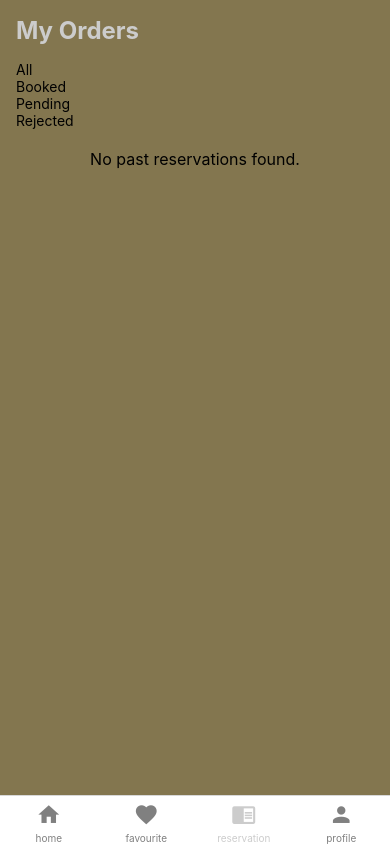
Repository: TemoshoS/restaurant-app
Screen: /reservation
An editor plug-in stored every save of this project. The screen is shown before and after the next save, followed by the edit.
The page's requests for data from a server got no answer. The app was drawn by React Native's web renderer in a window 390 px wide. The project was rebuilt for these pictures with package versions that can differ from the ones it lists, and the page was loaded fresh each time. No one was signed in, and anything a server would have sent is missing. Also part of the build but not shown: Screens/LoginScreen.js, Screens/RegisterScreen.js, components/navbar.js, components/search.js, Screens/RestaurantScreen.js, Screens/RestaurantDetailsScreen.js, Screens/MenuScreen.js, Screens/ReservationScreen.js and 5 more.

Above is the screen before, as saved 2024-01-04 12:00:24.

### App.js
// Import necessary components and modules
import React, { useEffect, useState } from 'react';
import { StyleSheet } from 'react-native';
import { NavigationContainer } from '@react-navigation/native';
import { createStackNavigator } from '@react-navigation/stack';
import { createBottomTabNavigator } from '@react-navigation/bottom-tabs';
import LoginScreen from './Screens/LoginScreen';
import HomeScreen from './Screens/HomeScreen';
import RegisterScreen from './Screens/RegisterScreen';
import RestaurantScreen from './Screens/RestaurantScreen';
import RestaurantDetailsScreen from './Screens/RestaurantDetailsScreen';
import MenuScreen from './Screens/MenuScreen';
import ReservationScreen from './Screens/ReservationScreen';
import PastReserevationScreen from './Screens/PastReserevationScreen';
import ProfileScreen from './Screens/ProfileScreen';
import store from './store/store';
import { Provider } from 'react-redux';
import MaterialCommunityIcons from 'react-native-vector-icons/MaterialCommunityIcons';
import FavoriteRestaurantScreen from './Screens/FavoriteRestaurantScreen';
import ForgotPasswordScreen from './Screens/ForgotPasswordScreen'
import Dashboard from './Screens/Dashboard';
import EditProfileScreen from './Screens/editProfileScreen';
import { auth } from './config/firebase';

const Stack = createStackNavigator();
const Tab = createBottomTabNavigator();

export default function App() {
  const [isAdmin, setIsAdmin] = useState(false);

  useEffect(() => {
    const checkAdminStatus = async () => {
      const user = auth.currentUser;
      const isAdminUser = user ? user.email === 'temosho@admin.co' : false;
      setIsAdmin(isAdminUser);
      console.log('isAdmin:', isAdminUser);
    };

    checkAdminStatus();
  }, []);

  function MainStack() {
    return (
      <Stack.Navigator initialRouteName='Welcome'>
        <Stack.Screen name="Restaurants" component={RestaurantScreen} options={{ headerShown: false }} />
        <Stack.Screen name='Welcome' component={HomeScreen} options={{ headerShown: false }} />
        <Stack.Screen name='editProfile' component={EditProfileScreen} options={{ headerShown: true }} />
        <Stack.Screen name='Login' component={LoginScreen} options={{ headerShown: false }} />
        <Stack.Screen name='Register' component={RegisterScreen} options={{ headerShown: false }} />
        <Stack.Screen name='Restaurant info' component={RestaurantDetailsScreen} options={{
          headerShown: true,
          headerStyle: {
            backgroundColor: '#fff',
          },
          headerTitle: 'Back',
          headerTitleStyle: {
            color: '#ccc',
            fontWeight: 'bold',
            fontSize: 18,
          },
          headerTintColor: '#F3EEEA',
          headerBackTitleVisible: false,
          headerBackImage: () => (
            <MaterialCommunityIcons name="arrow-left" size={24} color="#ccc" />
          ),
        }}  />
        <Stack.Screen name='Menu' component={MenuScreen} options={{
          headerShown: false,
          headerStyle: {
            backgroundColor: '#fff',
          },
          headerTitle: 'Back',
          headerTitleStyle: {
            color: '#ccc',
            fontWeight: 'bold',
            fontSize: 18,
          },
          headerTintColor: '#ccc',
          headerBackTitleVisible: false,
          headerBackImage: () => (
            <MaterialCommunityIcons name="arrow-left" size={24} color="#F3EEEA" />
          ),
        }} />
        {!isAdmin && (
          <Stack.Screen name='ReservationScreen' component={ReservationScreen} options={{
            headerShown: false,
            headerStyle: {
              backgroundColor: '#fff',
            },
            headerTitle: 'Back',
            headerTitleStyle: {
              color: '#ccc',
              fontWeight: 'bold',
              fontSize: 18,
            },
            headerTintColor: '#ccc',
            headerBackTitleVisible: false,
            headerBackImage: () => (
              <MaterialCommunityIcons name="arrow-left" size={24} color="ccc" />
            ),
          }}/>
        )}
        <Stack.Screen name='profile' component={ProfileScreen} options={{ headerShown: false }} />
        <Stack.Screen name='dashboard' component={Dashboard} options={{ headerShown: false }} />
        <Stack.Screen name='login' component={ForgotPasswordScreen} options={{ headerShown: true}} />
      </Stack.Navigator>
    );
  }

  function TabNavigator() {


    return (
      <Tab.Navigator
        tabBarOptions={{
          activeTintColor: '#ccc',
          inactiveTintColor: 'gray',
        }}
      >
        <Tab.Screen
          name="home"
          component={MainStack}
          options={{
            headerShown: false,
            tabBarIcon: ({ color, size }) => (
              <MaterialCommunityIcons name="home" color={color} size={size} />
            ),
          }}
        />
        {!isAdmin && (
          <Tab.Screen
            name="favourite"
            component={FavoriteRestaurantScreen}
            options={{
              headerShown: false,
              tabBarIcon: ({ color, size }) => (
                <MaterialCommunityIcons name="heart" color={color} size={size} />
              ),
            }}
          />
        )}
        {!isAdmin && (
          <Tab.Screen
            name="reservation"
            component={PastReserevationScreen}
            options={{
              headerShown: false,
              tabBarIcon: ({ color, size }) => (
                <MaterialCommunityIcons name="book-open" color={color} size={size} />
              ),
            }}
          />
        )}
        <Tab.Screen
          name="profile"
          component={ProfileScreen}
          options={{
            headerShown: false,
            tabBarIcon: ({ color, size }) => (
              <MaterialCommunityIcons name="account" color={color} size={size} />
            ),
          }}
        />
      </Tab.Navigator>
    );
  }

  return (
    <Provider store={store}>
      <NavigationContainer>
        <TabNavigator />
      </NavigationContainer>
    </Provider>
  );
}

const styles = StyleSheet.create({
  container: {
    flex: 1,
    backgroundColor: 'black',
    alignItems: 'center',
    justifyContent: 'center',
  },
});

### Screens/HomeScreen.js
import { StyleSheet, Text, View, Image, TouchableOpacity } from 'react-native'
import { useState, useEffect } from 'react';
import { FontAwesome } from '@expo/vector-icons';
import { getAuth, onAuthStateChanged } from 'firebase/auth';
import { useNavigation } from '@react-navigation/native';


const HomeScreen = () => {
    const [user, setUser] = useState(null);
    const navigation = useNavigation();

    useEffect(() => {
        const auth = getAuth();


        const unsubscribe = onAuthStateChanged(auth, (authUser) => {
          if (authUser) {
            setUser(authUser);
          } else {
            setUser(null);
          }
        });

        return () => unsubscribe();
      }, []);




  return (
      <View style={styles.container}>

          <View >
              <FontAwesome style={styles.circle} name="circle" size={140} color="#D9D9D9" />
          </View>

          <Image
              source={require('../assets/cartoon-1299636_1920.png')}
              style={{ width: 200, height: 265.56 }}
          />


          <Text style={styles.welcomeTxt}>Welcome!</Text>
          <Text style={styles.dineTxt}>Dine with your friends</Text>


          <View>
              <TouchableOpacity
                  style={styles.getButton}
                  onPress={() => {
                      if (user) {
                          navigation.navigate('Restaurants')
                      } else {
                          navigation.navigate('Login')
                      }
                  }}
              >
                  <Text style={styles.getTxt}>Get started</Text>

              </TouchableOpacity>
          </View>

      </View>
  )
}

export default HomeScreen

const styles = StyleSheet.create({
    container:{
        flex:1,

        height: 932,
        justifyContent: 'center',
        alignItems:'center',
        backgroundColor: '#fff',
    },
    circle:{
        marginLeft: 370,
        marginTop: -160,

    },
    welcomeTxt:{
        fontSize: 64,
        fontFamily: 'italiana',
        marginTop: 100,
        color: 'gray',

    },
    dineTxt:{
        fontSize: 20,
        fontFamily: 'Nothing You Could Do',
        marginBottom: 150,
        color: '#ccc',

    },
    getButton:{
        alignItems: 'center',
        justifyContent: 'center',
        backgroundColor: '#ccc',
        width: 250,
        height: 60,
        borderRadius: 30
    },
    getTxt:{
        color: '#fff',
        fontSize: 20,
        fontWeight:'bold'
    }
})

### Screens/PastReserevationScreen.js
import React, { useEffect, useState } from 'react';
import { connect } from 'react-redux';
import { fetchPastReservations } from '../actions/reserveAction';
import { StyleSheet, Text, View, ScrollView, TouchableOpacity } from 'react-native';
import { Table, Row } from 'react-native-table-component';
import { getAuth, onAuthStateChanged } from 'firebase/auth';

const PastReservationScreen = ({ pastReservations, fetchPastReservations }) => {
  const [currentUserId, setCurrentUserId] = useState(null);
  const [filterStatus, setFilterStatus] = useState(null);

  useEffect(() => {
    const auth = getAuth();
    const unsubscribe = onAuthStateChanged(auth, (user) => {
      if (user) {
        setCurrentUserId(user.uid);
        fetchPastReservations(user.uid);
      } else {
        setCurrentUserId(null);
      }
    });

    return () => unsubscribe();
  }, [fetchPastReservations]);

  const getStatusColor = (status) => {
    switch (status) {
      case 'booked':
        return 'green';
      case 'canceled':
        return 'red';
        case 'pending':
          return 'yellow';
          case 'rejected':
        return 'red';
      default:
        return '#E7E6E1';
    }
  };

  const handleFilter = (status) => {
    setFilterStatus(status);
  };

  const filteredReservations = filterStatus
    ? pastReservations.filter((reservation) => reservation.status === filterStatus)
    : pastReservations;

  return (
    <ScrollView style={styles.container}>
      <Text style={styles.title}>My Orders</Text>
    <View style={styles.filterButtonsContainer}>
      <TouchableOpacity
        style={styles.filterButton}
        onPress={() => handleFilter(null)}
      >
        <Text style={styles.filterButtonText}>All</Text>
      </TouchableOpacity>
      <TouchableOpacity
        style={styles.filterButton}
        onPress={() => handleFilter('booked')}
      >
        <Text style={styles.filterButtonText}>Booked</Text>
      </TouchableOpacity>
      <TouchableOpacity
        style={styles.filterButton}
        onPress={() => handleFilter('pending')}
      >
        <Text style={styles.filterButtonText}>Pending</Text>
      </TouchableOpacity>
      <TouchableOpacity
        style={styles.filterButton}
        onPress={() => handleFilter('rejected')}
      >
        <Text style={styles.filterButtonText}>Rejected</Text>
      </TouchableOpacity>
    </View>


    {filteredReservations.length > 0 ? (
      <View style={styles.tableContainer}>
        <Table borderStyle={{ borderWidth: 1, borderColor: '#C1C0B9' }}>
          {filteredReservations.map((reservation, index) => (
            <View key={index} style={styles.reservationCard}>
            <View style={styles.cardHeader}>
              <Text style={styles.reservationDate}>
                {reservation.dateTime}
                {/* {new Date(reservation.selectedDate.seconds * 1000).toLocaleDateString()} */}
              </Text>
              <Text style={styles.restaurantName}>{reservation.restName}</Text>
            </View>

            <Row
              data={['Location:', reservation.restLocation]}
              style={styles.tableRow}
              textStyle={styles.info}
            />
            <Row
              data={['Full Name:', reservation.fullName]}
              style={styles.tableRow}
              textStyle={styles.info}
            />
            <Row
              data={['Phone Number:', reservation.phone]}
              style={styles.tableRow}
              textStyle={styles.info}
            />
            <Row
              data={['Occasion:', reservation.occasion]}
              style={styles.tableRow}
              textStyle={styles.info}
            />
            <Row
              data={['Number of Guests:', reservation.numOfGuests]}
              style={styles.tableRow}
              textStyle={styles.info}
            />
            <Row
              data={['Status:', reservation.status]}
              style={[styles.tableRow, { backgroundColor: getStatusColor(reservation.status) }]}
              textStyle={styles.info}
            />
            {reservation.status === 'rejected' && (
              <Row
                data={['Reason:', reservation.reason]}
                style={styles.tableRow}
                textStyle={styles.info}
              />
            )}
          </View>
        ))}
      </Table>
    </View>
  ) : (
    <Text style={styles.emptyMessage}>No past reservations found.</Text>
  )}
</ScrollView>

  );
};

const mapStateToProps = (state) => ({
  pastReservations: state.reservation.pastReservations,
});

export default connect(mapStateToProps, { fetchPastReservations })(PastReservationScreen);

const styles = StyleSheet.create({
  container: {
    flex: 1,
    padding: 16,
    backgroundColor: '#83764F',
  },
  tableContainer: {
    marginTop: 16,
  },
  title: {
    fontSize: 24,
    fontWeight: 'bold',
    marginBottom: 16,
    color: '#ccc',
  },
  reservationCard: {
    backgroundColor: '#F3EEEA',
    borderRadius: 8,
    padding: 16,
    marginBottom: 16,
    shadowColor: '#000',
    shadowOffset: { width: 0, height: 2 },
    shadowOpacity: 0.2,
    shadowRadius: 4,
    elevation: 5,
  },
  cardHeader: {
    flexDirection: 'row',
    justifyContent: 'space-between',
    marginBottom: 12,

  },
  reservationDate: {
    fontSize: 18,
    color: '#83764F',
    fontWeight: 'bold',
  },
  restaurantName: {
    fontSize: 18,
    color: '#83764F',
    fontWeight: 'bold',
  },
  tableRow: {
    height: 40,
    backgroundColor: '#E7E6E1',
  },
  info: {
    fontSize: 16,
    textAlign: 'center',
  },
  emptyMessage: {
    fontSize: 16,
    textAlign: 'center',
    marginTop: 20,
  },
});

### store/store.js
import { createStore, applyMiddleware, combineReducers } from 'redux';
import thunk from 'redux-thunk';
import restaurantsReducer from '../reducers/restaurantsReducer';
import reserveReducer from '../reducers/reserveReducer';
import authReducer from '../reducers/authReducer';
import favoriteRestaurantsReducer from '../reducers/favoriteRestaurantsReducer';


const rootReducer = combineReducers({
  restaurants: restaurantsReducer,
  reservation: reserveReducer,
  auth: authReducer,
  favoriteRestaurants: favoriteRestaurantsReducer,

});

const store = createStore(rootReducer, applyMiddleware(thunk));

export default store;

### config/firebase.js
// Import the functions you need from the SDKs you need
import { initializeApp } from "firebase/app";
import { getAnalytics } from "firebase/analytics";

import {getAuth} from 'firebase/auth';
import {getFirestore} from 'firebase/firestore'
// TODO: Add SDKs for Firebase products that you want to use
// https://firebase.google.com/docs/web/setup#available-libraries

// Your web app's Firebase configuration
// For Firebase JS SDK v7.20.0 and later, measurementId is optional
const firebaseConfig = {
  apiKey: "AIzaSyDa4_cUmrR60k82VypxJ_US-F7FEiItCL4",
  authDomain: "restaurant-app-da7bc.firebaseapp.com",
  projectId: "restaurant-app-da7bc",
  storageBucket: "restaurant-app-da7bc.appspot.com",
  messagingSenderId: "598136487640",
  appId: "1:598136487640:web:f77577fdc1710db8c1a1ad",
  measurementId: "G-6D4DHL06Z0"
};

// Initialize Firebase
const app = initializeApp(firebaseConfig);
const analytics = getAnalytics(app);

const auth = getAuth(app)
const db = getFirestore(app)
export {auth, db}

### actions/authActions.js
import { sendPasswordResetEmail } from 'firebase/auth';
import { auth } from '../config/firebase';
import { getAuth, onAuthStateChanged, signOut } from 'firebase/auth';
export const LOGIN_SUCCESS = 'LOGIN_SUCCESS';
export const REGISTER_SUCCESS = 'REGISTER_SUCCESS';
export const FORGOT_PASSWORD_REQUEST = 'FORGOT_PASSWORD_REQUEST';
export const FORGOT_PASSWORD_SUCCESS = 'FORGOT_PASSWORD_SUCCESS';
export const FORGOT_PASSWORD_FAILURE = 'FORGOT_PASSWORD_FAILURE';
export const LOGOUT = 'LOGOUT';

export const loginSuccess = (user) => ({
  type: LOGIN_SUCCESS,
  payload: user,
});

export const registerSuccess = (user) => ({
  type: REGISTER_SUCCESS,
  payload: user,
});

export const forgotPasswordRequest = () => ({
  type: FORGOT_PASSWORD_REQUEST,
});

export const forgotPasswordSuccess = () => ({
  type: FORGOT_PASSWORD_SUCCESS,
});

export const forgotPasswordFailure = (error) => ({
  type: FORGOT_PASSWORD_FAILURE,
  payload: error,
});

export const forgotPassword = (email) => {
  return async (dispatch) => {
    dispatch(forgotPasswordRequest());

    try {
      await sendPasswordResetEmail(auth, email);
      dispatch(forgotPasswordSuccess());
    } catch (error) {
      dispatch(forgotPasswordFailure(error));
    }
  };
};

export const logout = () => ({
  type: LOGOUT,
});

### actions/restaurant.js
import { db } from "../config/firebase";
import { collection ,getDocs} from "firebase/firestore";

export const FETCH_RESTAURANTS = 'FETCH_RESTAURANTS';

export const fetchRestaurants = () => {
  return async (dispatch) => {
    const restaurantsCollection = collection(db, 'restaurants');
    const snapshot = await getDocs(restaurantsCollection);
    const restaurants = [];
    snapshot.forEach((doc) => {
      restaurants.push(doc.data());
    });
    dispatch({ type: FETCH_RESTAURANTS, payload: restaurants });
  };
};

### actions/reserveAction.js
import { db } from "../config/firebase";
import { collection, addDoc, getDocs, query, where } from "firebase/firestore";

export const RESERVE_SUCCESS = "RESERVE_SUCCESS";
export const RESERVE_FAILURE = "RESERVE_FAILURE";
export const FETCH_ALL_RESERVATIONS = 'FETCH_ALL_RESERVATIONS';
export const FETCH_PAST_RESERVATIONS = 'ETCH_PAST_RESERVATIONS';


export const reserveTable = (reservationData) => {
  return async (dispatch) => {
    try {
      // Save the reservation data to Firestore
      const ordersCollection = collection(db, "Orders");
      const docRef = await addDoc(ordersCollection, reservationData);


      dispatch({ type: RESERVE_SUCCESS, payload: docRef });
    } catch (error) {

      dispatch({ type: RESERVE_FAILURE, payload: error.message });
    }
  };
};

export const fetchPastReservations = (userId) => {
  return async (dispatch) => {
    try {

      //query to fetch reservations based on the userId
      const reservationsCollection = collection(db, 'Orders');
      const userQuery = query(reservationsCollection, where('userId', '==', userId));

      const snapshot = await getDocs(userQuery);

      const pastReservations = [];
      snapshot.forEach((doc) => {
        pastReservations.push(doc.data());
      });


      dispatch({ type: FETCH_PAST_RESERVATIONS, payload: pastReservations });
    } catch (error) {
      // Handle errors
      console.error('Error fetching past reservations:', error);
    }
  };
}


export const fetchAllReservations = () => {
  return async (dispatch) => {
    try {
      // Query to fetch all reservations
      const reservationsCollection = collection(db, 'Orders');
      const snapshot = await getDocs(reservationsCollection);
      const allReservations = [];

      snapshot.forEach((doc) => {
        allReservations.push(doc.data());
      });

      dispatch({ type: FETCH_ALL_RESERVATIONS, payload: allReservations });
    } catch (error) {
      console.error('Error fetching all reservations:', error);
    }
  };
};

### reducers/restaurantsReducer.js
import { FETCH_RESTAURANTS } from "../actions/restaurant";


const initialState = {
    restaurants: [],
};

const restaurantsReducer = (state = initialState, action) =>{

    switch (action.type) {
        case FETCH_RESTAURANTS:
          return { ...state, restaurants: action.payload };
        default:
          return state;
      }


};

export default restaurantsReducer;

### reducers/reserveReducer.js
import { RESERVE_SUCCESS, RESERVE_FAILURE, FETCH_PAST_RESERVATIONS,FETCH_ALL_RESERVATIONS } from "../actions/reserveAction";

const initialState = {
  reservationSuccess: null,
  reservationError: null,
  pastReservations: [],
  allReservations: [],
  loading: false,
};

const reserveReducer = (state = initialState, action) => {
  switch (action.type) {
    case RESERVE_SUCCESS:
      return { ...state, reservationSuccess: action.payload, reservationError: null };
    case RESERVE_FAILURE:
      return { ...state, reservationSuccess: null, reservationError: action.payload };
    case FETCH_PAST_RESERVATIONS:
      return { ...state, pastReservations: action.payload };
      case FETCH_ALL_RESERVATIONS:
        return { ...state, allReservations: action.payload, loading: false };
    default:
      return state;
  }
};

export default reserveReducer;

### reducers/authReducer.js
import {
  LOGIN_SUCCESS,
  REGISTER_SUCCESS,
  LOGOUT ,
  FORGOT_PASSWORD_REQUEST,
  FORGOT_PASSWORD_SUCCESS,
  FORGOT_PASSWORD_FAILURE,} from '../actions/authActions';

const initialState = {
  user: null,
  isAuthenticated: false,
  forgotPasswordLoading: false,
  forgotPasswordSuccess: false,
  forgotPasswordError: null,

};

const authReducer = (state = initialState, action) => {
  switch (action.type) {
    case LOGIN_SUCCESS:
    case REGISTER_SUCCESS:
      return {
        ...state,
        user: action.payload,
        isAuthenticated: true,
      };
      case FORGOT_PASSWORD_REQUEST:
        return {
          ...state,
          forgotPasswordLoading: true,
          forgotPasswordSuccess: false,
          forgotPasswordError: null,
        };
      case FORGOT_PASSWORD_SUCCESS:
        return {
          ...state,
          forgotPasswordLoading: false,
          forgotPasswordSuccess: true,
          forgotPasswordError: null,
        };
      case FORGOT_PASSWORD_FAILURE:
      return {
        ...state,
        forgotPasswordLoading: false,
        forgotPasswordSuccess: false,
        forgotPasswordError: action.payload,
      };
    case LOGOUT:
      return {
        ...state,
        user: null,
        isAuthenticated: false,
      };
    default:
      return state;
  }
};

export default authReducer;

### reducers/favoriteRestaurantsReducer.js
import { FETCH_FAV_RESTAURANTS } from "../actions/favoriteRestaurantActions";


const initialState = {
    favRestaurants: [],
};

const favRestaurantsReducer = (state = initialState, action) =>{

    switch (action.type) {
        case FETCH_FAV_RESTAURANTS:
          return { ...state, favRestaurants: action.payload };
        default:
          return state;
      }


};

export default favRestaurantsReducer;

### actions/favoriteRestaurantActions.js
import { db } from "../config/firebase";
import { collection ,getDocs} from "firebase/firestore";

export const FETCH_FAV_RESTAURANTS = 'FETCH_FAV_RESTAURANTS';

export const fetchFavouriteRestaurants = () => {
  return async (dispatch) => {
    const restaurantsCollection = collection(db, 'favouriteRestaurants');
    const snapshot = await getDocs(restaurantsCollection);
    const favRestaurants = [];
    snapshot.forEach((doc) => {
      favRestaurants.push(doc.data());
    });
    dispatch({ type: FETCH_FAV_RESTAURANTS, payload: favRestaurants });
  };
};

After the next save:
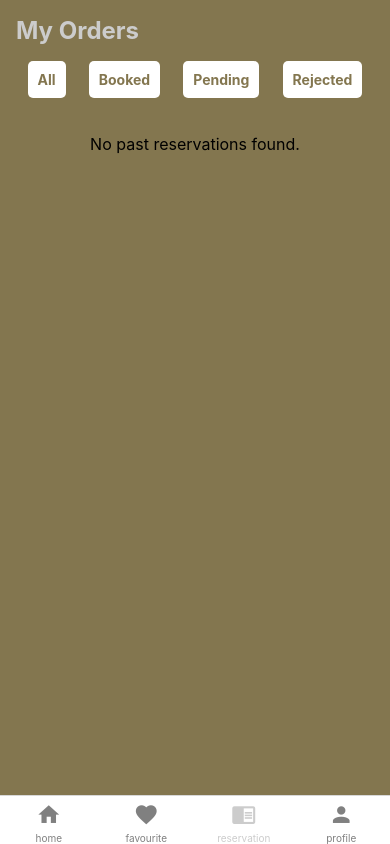
Saved 43 s later.
--- a/Screens/PastReserevationScreen.js
+++ b/Screens/PastReserevationScreen.js
@@ -151,6 +151,20 @@ const styles = StyleSheet.create({
     padding: 16,
     backgroundColor: '#83764F',
   },
+  filterButtonsContainer: {
+    flexDirection: 'row',
+    justifyContent: 'space-around',
+    marginBottom: 16,
+  },
+  filterButton: {
+    padding: 10,
+    backgroundColor: '#fff',
+    borderRadius: 5,
+  },
+  filterButtonText: {
+    fontWeight: 'bold',
+    color: '#83764F',
+  },
   tableContainer: {
     marginTop: 16,
   },
